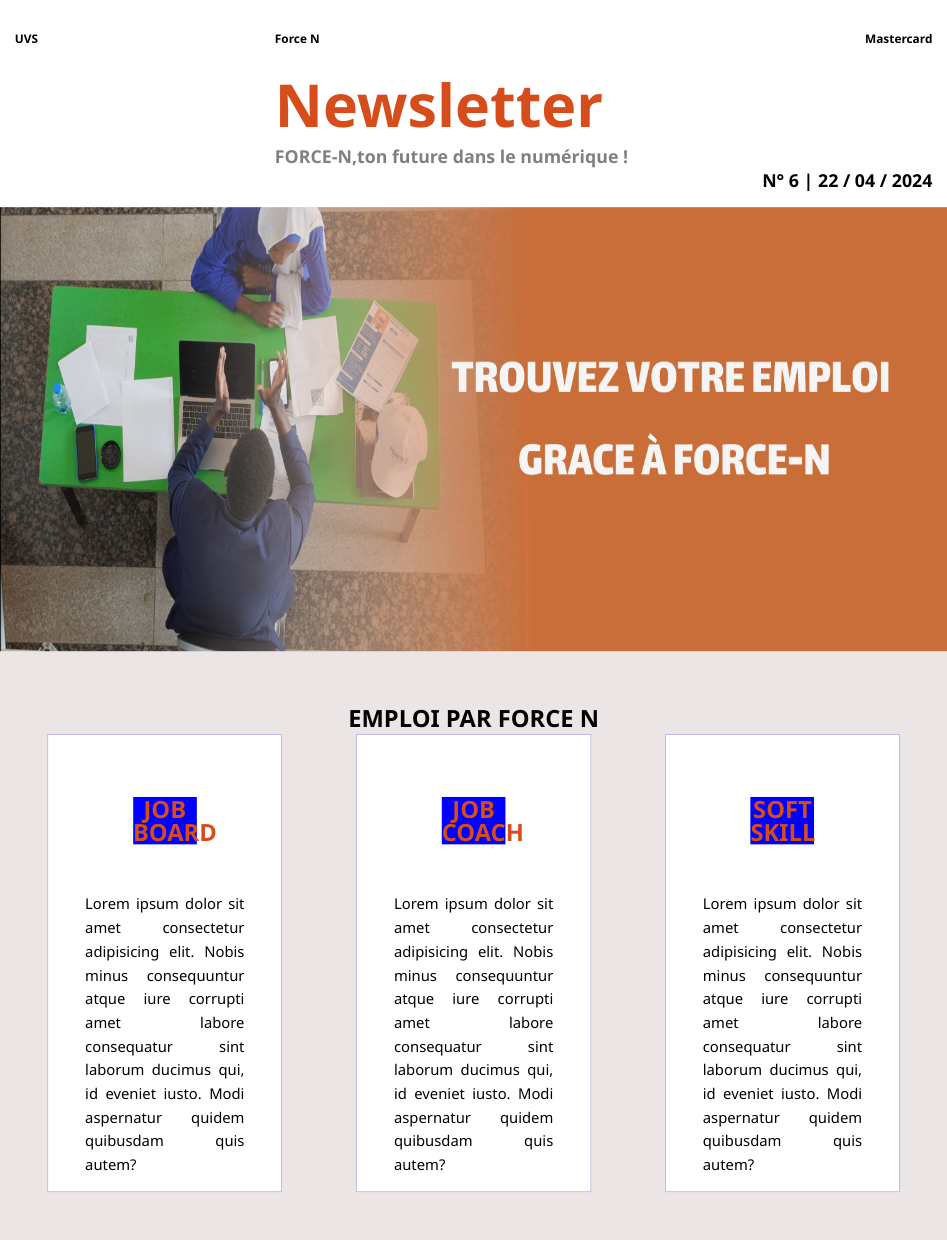
Repository: Ken-dia/newsletters_force_n
Page: index.html
The author's editor kept a copy of each file at every save. The page is drawn from the files as they stood at one save, then again after the next save.
The browser window is 1280 px wide. The pictures show the whole page, at 74% of full size.

Above is the page before, as saved 2024-04-18 16:18:13.

After the next save:
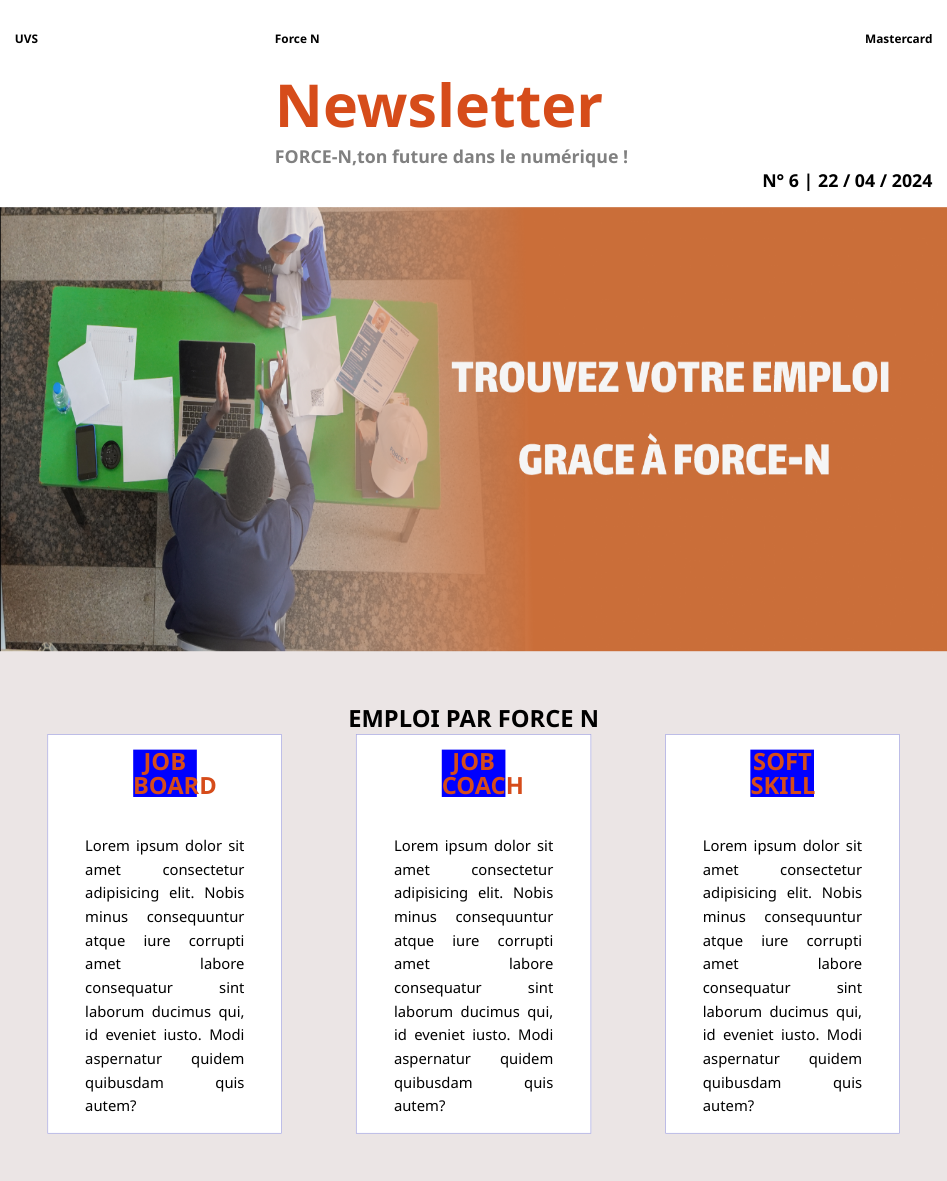
Saved 16 s later.
--- a/styles.css
+++ b/styles.css
@@ -53,7 +53,7 @@
     font-size: 2rem;
     text-align: center;
     background-color: blue;
-    margin: 30%;
+    margin: 0% 30%;
     /* padding: 20px;
     border-bottom: 2px solid rgb(102, 102, 211); */
 }
